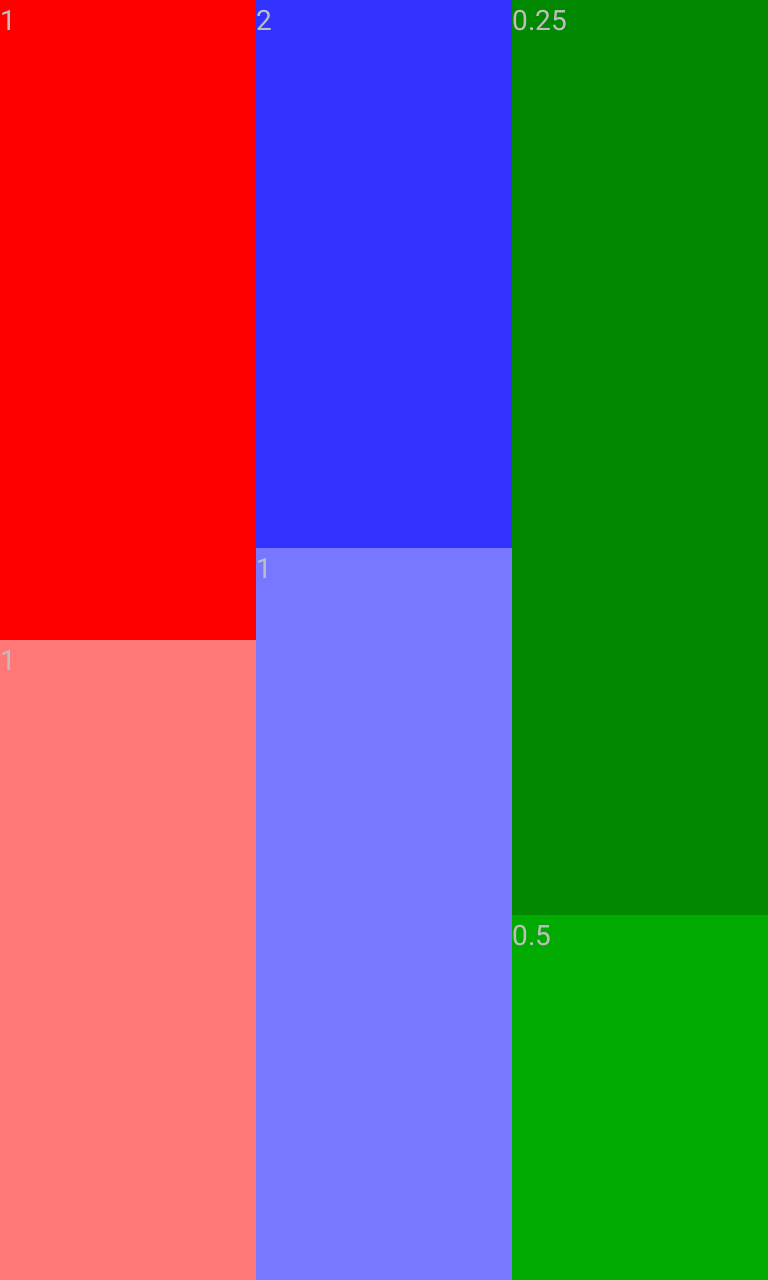
Repository: PVoLan/TestWeight
Layout: WS/Test.Weight/res/layout/main.xml
An editor plug-in stored every save of this project. The layout is shown before and after the next save, followed by the edit.
It is drawn on a 768 x 1280 px phone screen (xhdpi) without system bars, with theme android:Theme; the app's code is not run.

Above is the layout before, as saved 2012-02-27 19:44:20.

After the next save:
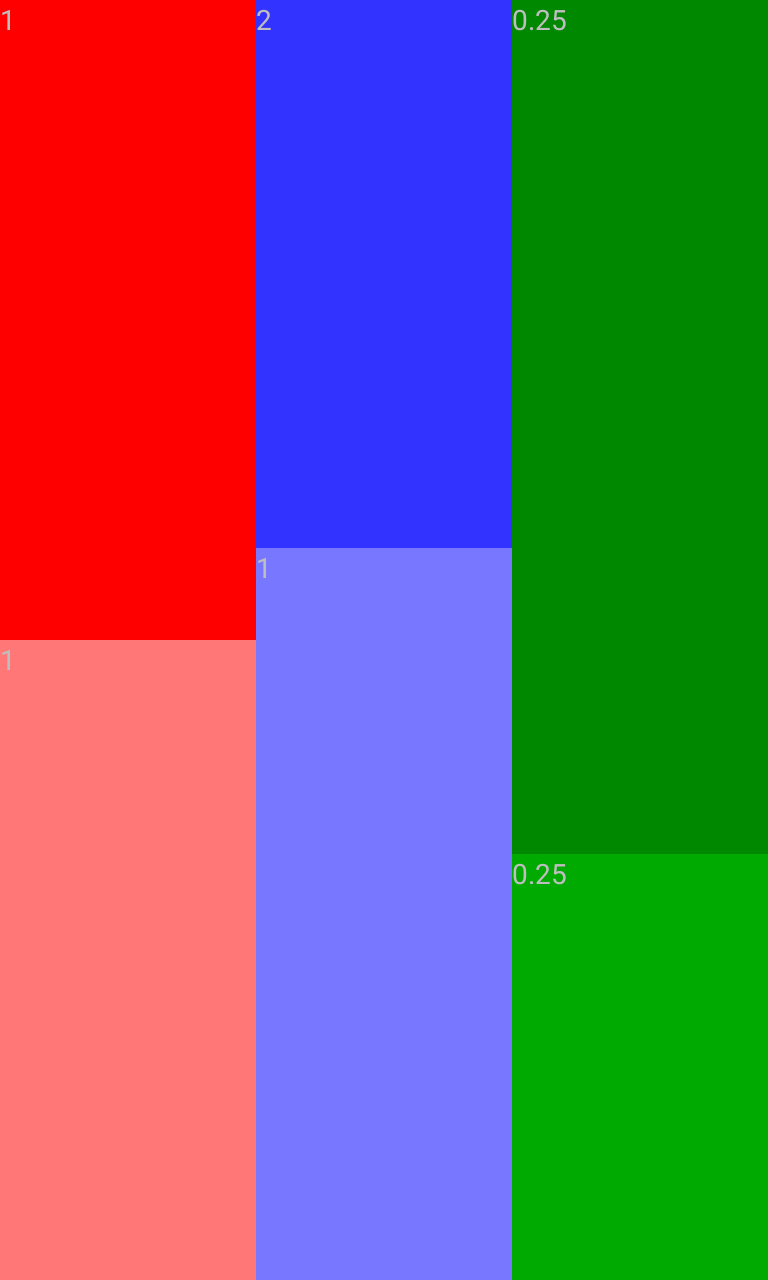
Saved 54 s later.
--- a/WS/Test.Weight/res/layout/main.xml
+++ b/WS/Test.Weight/res/layout/main.xml
@@ -92,8 +92,8 @@
         <TextView
             android:layout_width="fill_parent"
 		    android:layout_height="fill_parent"
-		    android:layout_weight="0.5"
-		    android:text="0.5"
+		    android:layout_weight="0.25"
+		    android:text="0.25"
 		    android:background="#0a0"
             />
 
